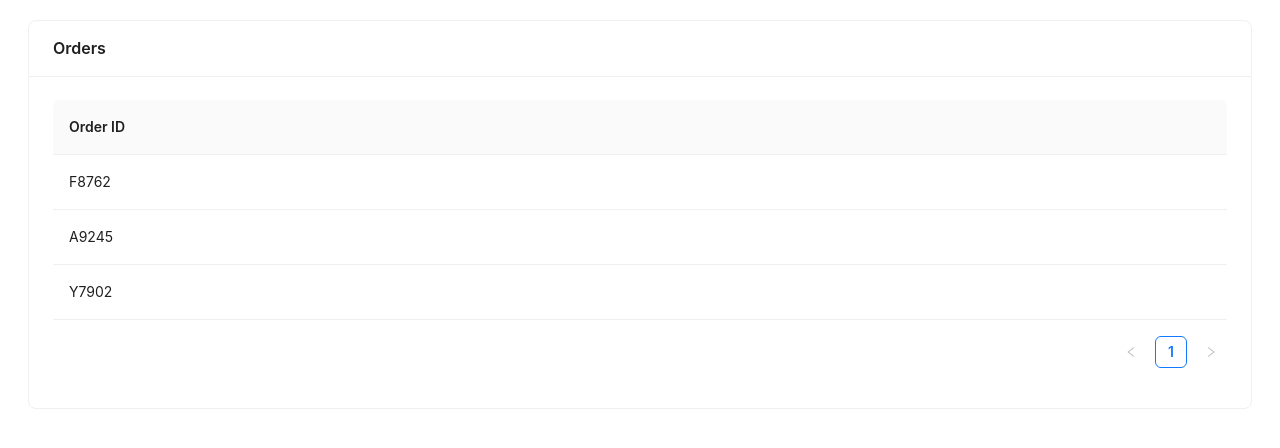
Repository: JamesPesenti/UberEatsDashboard
Page: /
The author's editor kept a copy of each file at every save. The page is drawn from the files as they stood at one save, then again after the next save.
The browser window is 1280 px wide. The pictures show the whole page.
The project was rebuilt for these pictures with package versions that can differ from the ones it lists, and the page was loaded fresh each time. Also part of the build but not shown: src/index.css, src/components/DetailedOrder.jsx.

Above is the page before, as saved 2023-02-25 07:46:40.

### src/index.js
import React from 'react';
import ReactDOM from 'react-dom/client';
import './index.css';
import App from './App';
// import "antd/dist/antd.css"


const root = ReactDOM.createRoot(document.getElementById('root'));
root.render(
  <React.StrictMode>
    <App />
  </React.StrictMode>
);

### src/App.js
import DetailedOrder from "../src/components/DetailedOrder";
import Orders from "../src/components/Orders";

function App() {
  return (
   <Orders />
  );
}




export default App;

### src/components/Orders.jsx
import orders from "../data/orders.json"
import { Card, Table, Tag } from "antd"

const Orders = () => {
    const tableColumns = [
        {
          title: "Order ID"  ,
          dataIndex: "orderID",
          key: "orderID"
        },
    ]

    return (
     <>
        <Card title={"Orders"} style={{margin: 20}}>
            <Table
             dataSource={orders}
             columns={tableColumns}
            />
        </Card>
     </>
    )
}

export default Orders

Loaded but not shown: public/index.html (common file); src/data/orders.json (common file)

After the next save:
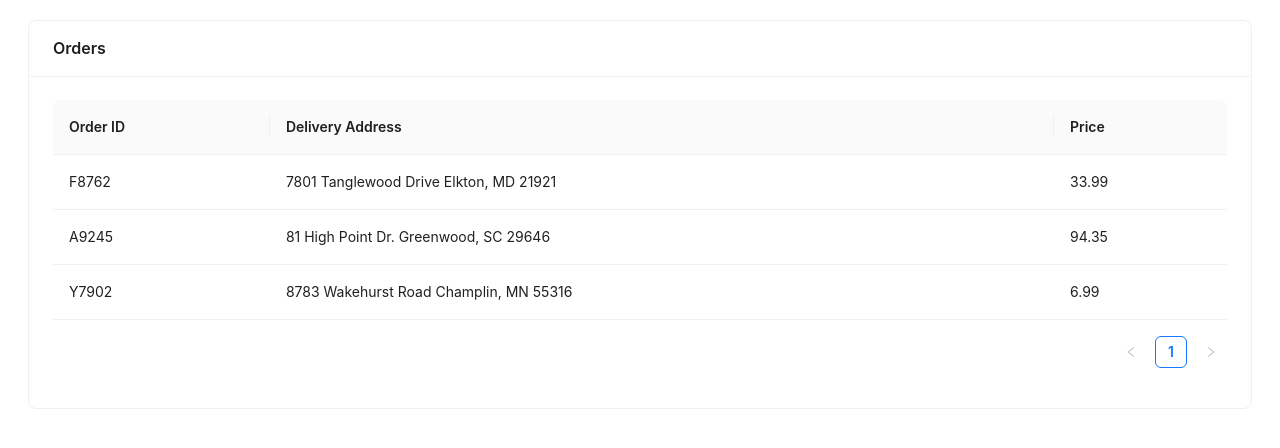
Saved 3 min 16 s later.
--- a/src/components/Orders.jsx
+++ b/src/components/Orders.jsx
@@ -8,6 +8,16 @@ const Orders = () => {
           dataIndex: "orderID",
           key: "orderID"
         },
+        {
+          title: "Delivery Address" ,
+          dataIndex: "deliveryAddress",
+          key: "deliveryAddress"
+        },
+        {
+            title: "Price" ,
+            dataIndex: "price",
+            key: "price"
+          }
     ]
 
     return (
